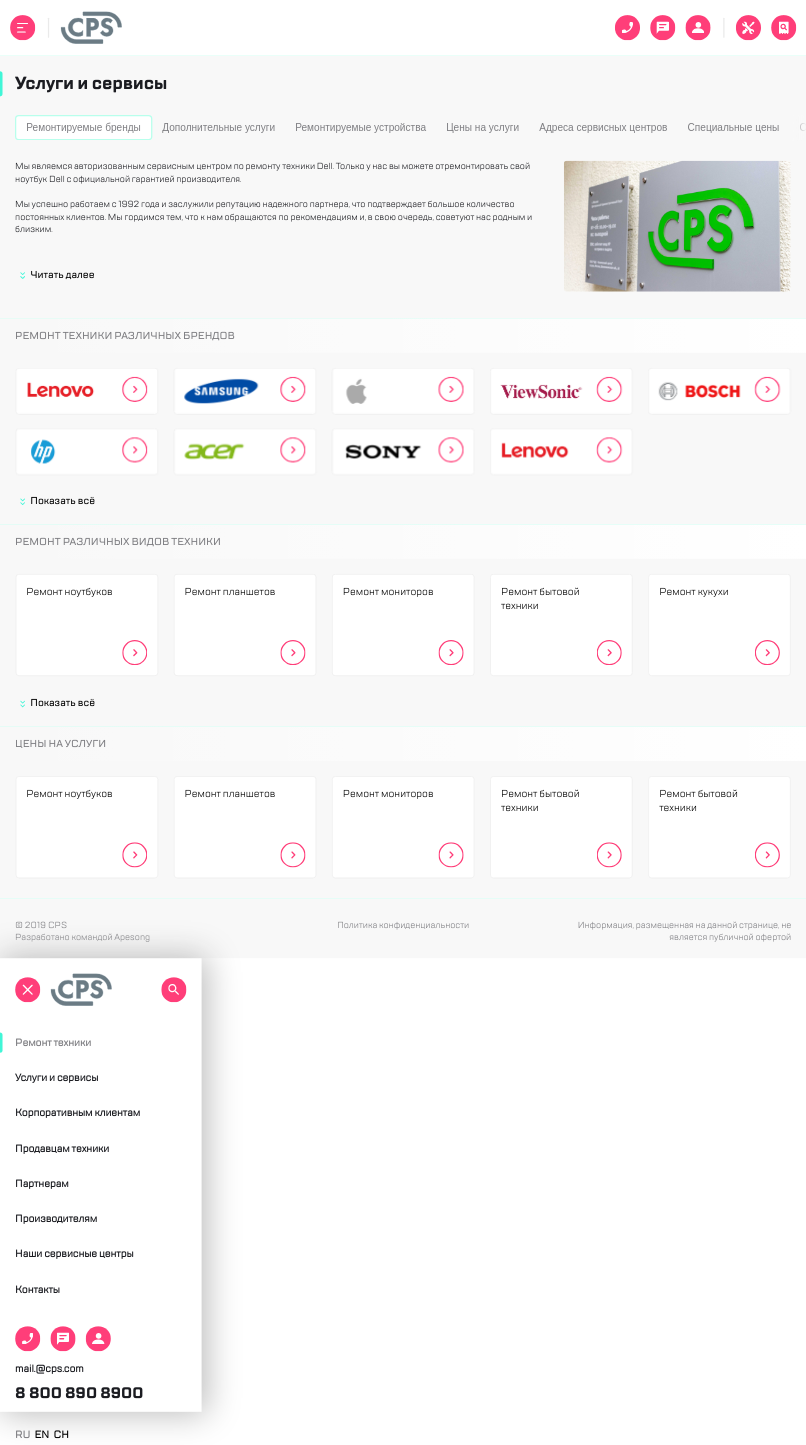
Repository: Dedoxa/WebCoreF
Page: /
An editor plug-in stored every save of this project. The page is shown before and after the next save, followed by the edit.
The browser window is 1280 px wide. The pictures show the whole page, at 63% of full size.
The project was rebuilt for these pictures with package versions that can differ from the ones it lists, and the page was loaded fresh each time. Also part of the build but not shown: webpack.config.js.

Above is the page before, as saved 2024-06-15 18:09:52.

After the next save:
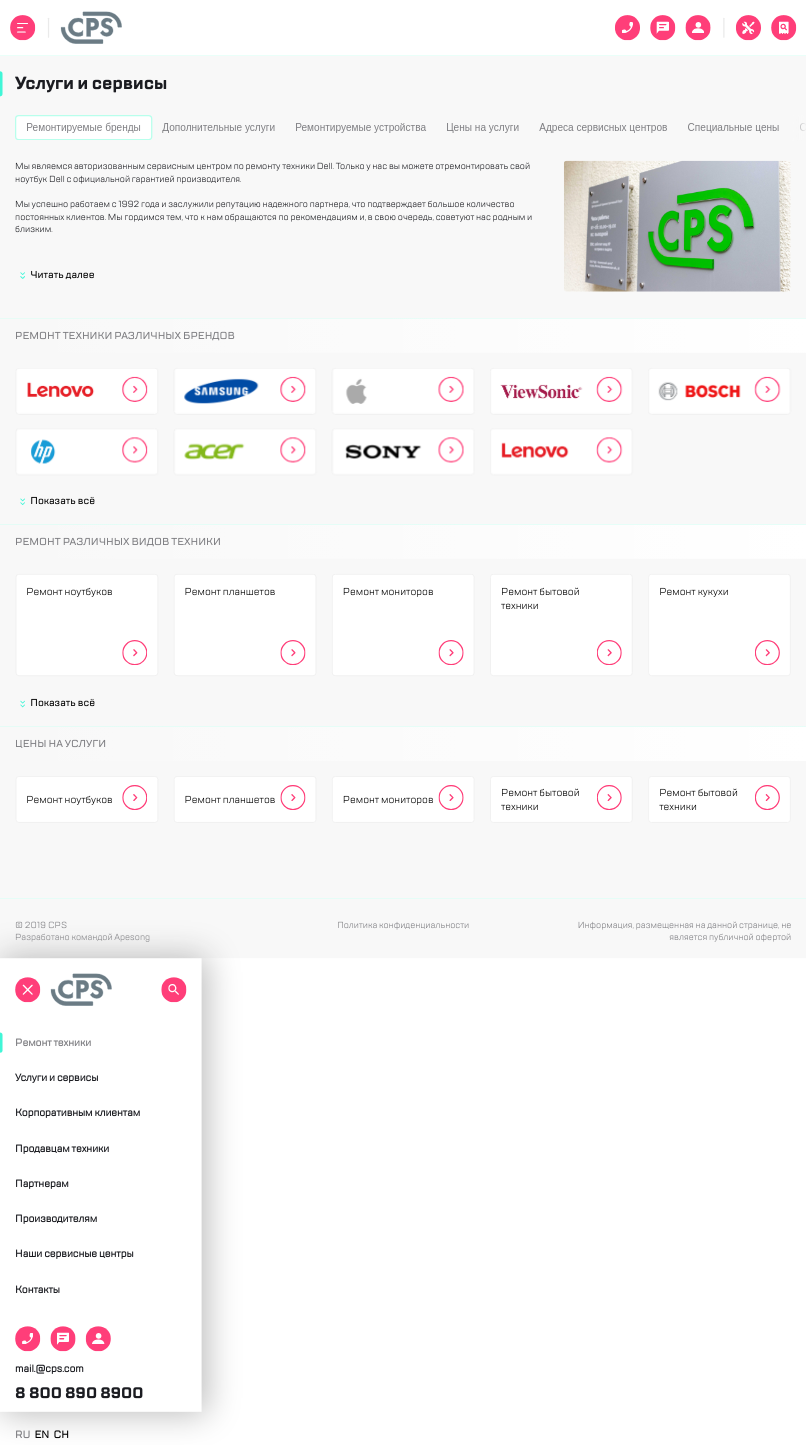
Saved 96 s later.
--- a/src/index.html
+++ b/src/index.html
@@ -287,7 +287,7 @@
                 <div class="swiper-wrapper plates__devices-wrapper">
 
                   <div class="swiper-slide plates__slide">
-                    <div class="plates__device-plate">
+                    <div class="plates__table-plate">
                       <span class="plates__logo">Ремонт ноутбуков</span>
                       <div class="plates__dropdown-wrapper">
                         <img src="./img/ic-dropdown.svg"/>
@@ -295,7 +295,7 @@
                     </div>
                   </div>
                   <div class="swiper-slide plates__slide">
-                    <div class="plates__device-plate">
+                    <div class="plates__table-plate">
                       <span class="plates__logo">Ремонт планшетов</span>
                       <div class="plates__dropdown-wrapper">
                         <img src="./img/ic-dropdown.svg"/>
@@ -303,7 +303,7 @@
                     </div>
                   </div>
                   <div class="swiper-slide plates__slide">
-                    <div class="plates__device-plate">
+                    <div class="plates__table-plate">
                       <span class="plates__logo">Ремонт мониторов</span>
                       <div class="plates__dropdown-wrapper">
                         <img src="./img/ic-dropdown.svg"/>
@@ -311,7 +311,7 @@
                     </div>
                   </div>
                   <div class="swiper-slide plates__slide">
-                    <div class="plates__device-plate">
+                    <div class="plates__table-plate">
                       <span class="plates__logo">Ремонт бытовой техники</span>
                       <div class="plates__dropdown-wrapper">
                         <img src="./img/ic-dropdown.svg"/>
@@ -319,7 +319,7 @@
                     </div>
                   </div>
                   <div class="swiper-slide plates__slide">
-                    <div class="plates__device-plate">
+                    <div class="plates__table-plate">
                       <span class="plates__logo">Ремонт бытовой техники</span>
                       <div class="plates__dropdown-wrapper">
                         <img src="./img/ic-dropdown.svg"/>
